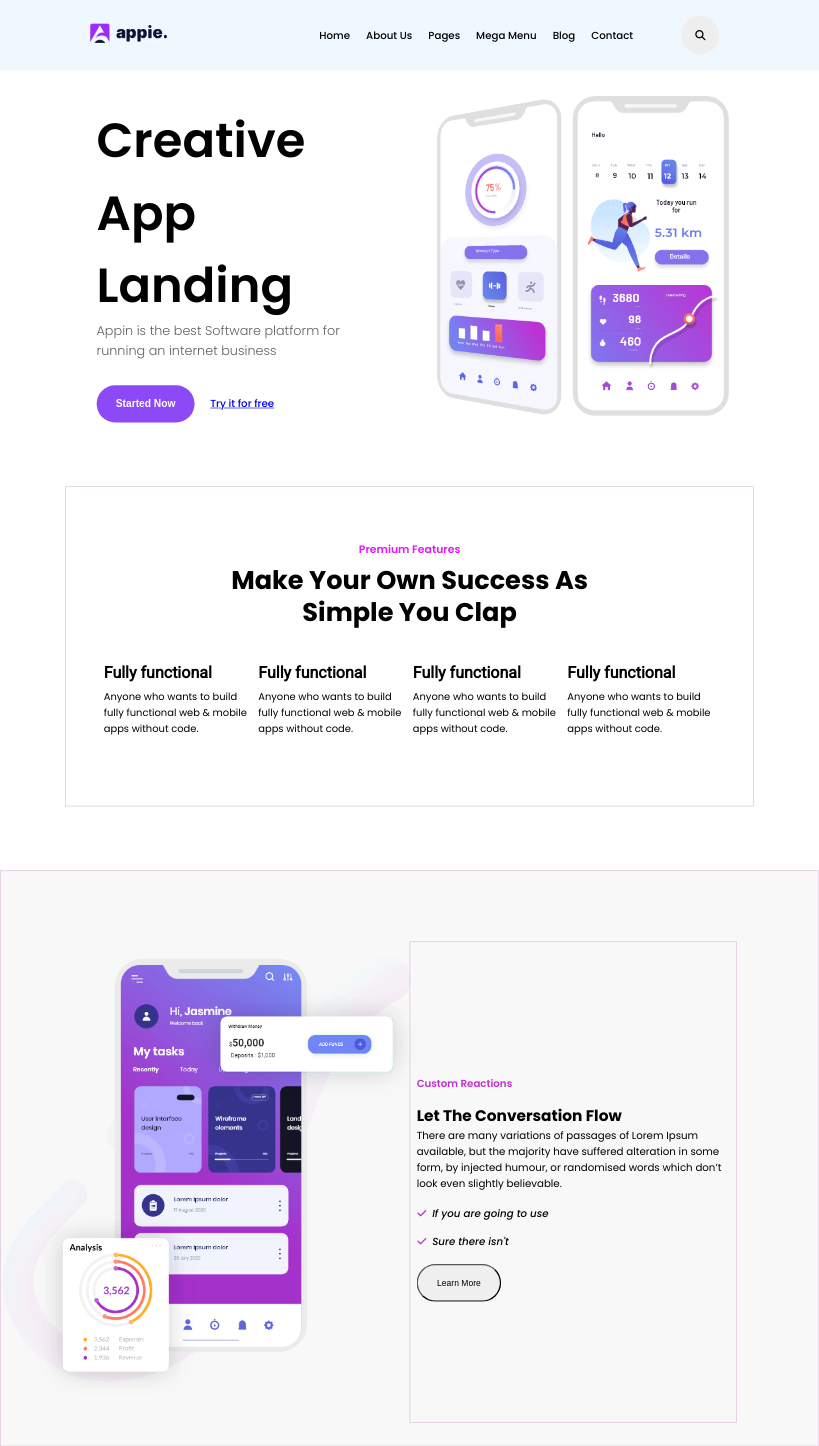
Repository: northpx/landingpage
Page: index.html
These files come from the project's save history. The page is drawn as it stood at one moment and after a run of saves; the edit follows.
The browser window is 1280 px wide. The pictures show the whole page, at 64% of full size.

Above is the page before, as saved 2022-12-28 16:05:28.

After the next 2 saves:
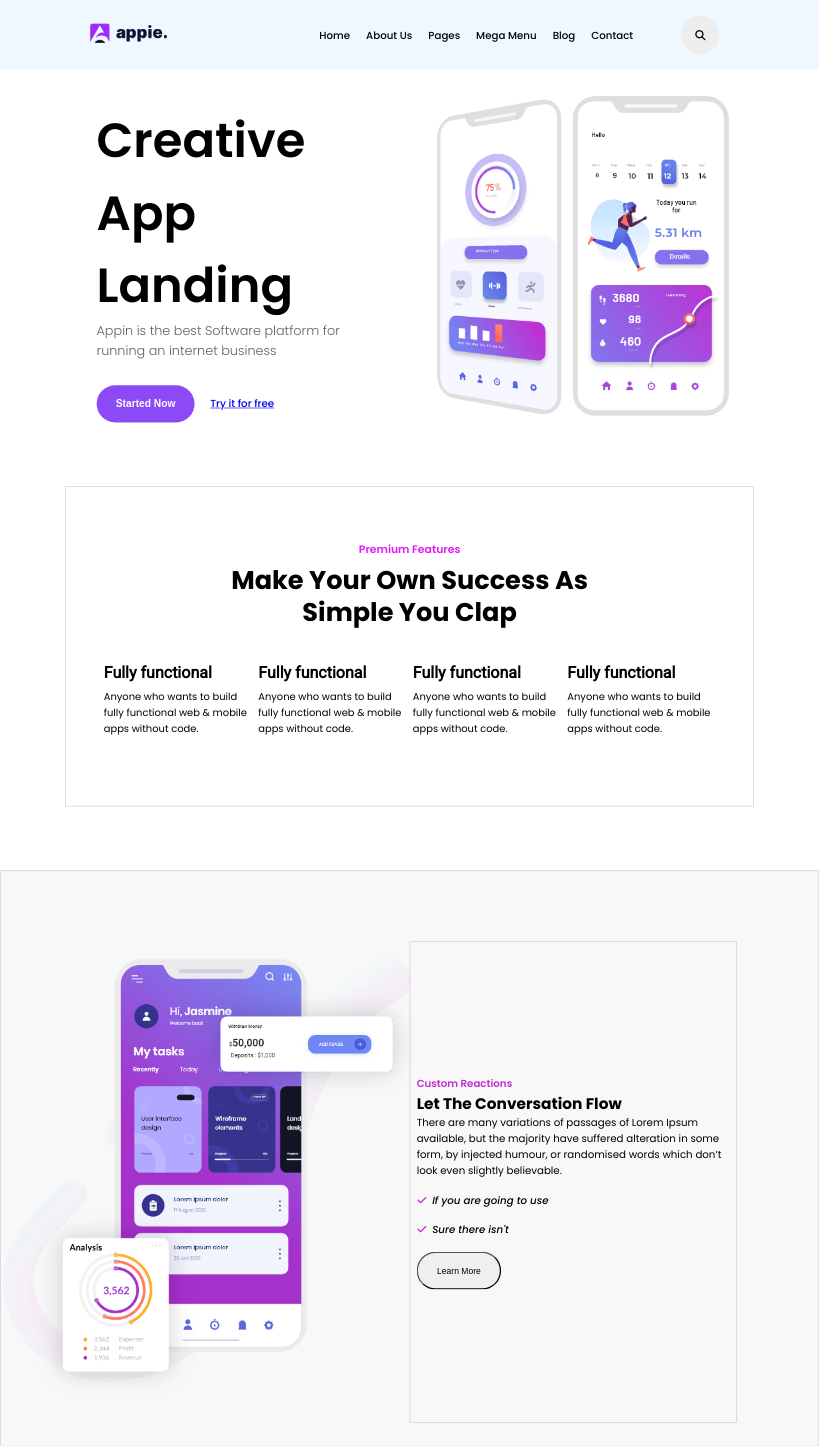
The 2 saves are shown as one change because they came seconds apart.
The last was saved 29 s later.
--- a/src/css/style.css
+++ b/src/css/style.css
@@ -264,5 +264,5 @@ h6{
     font-size: 16px;
     font-weight: 600;
     color: #c02ed1;
-    margin: 20px 0px;
-}
+    line-height: 28px;
+}
